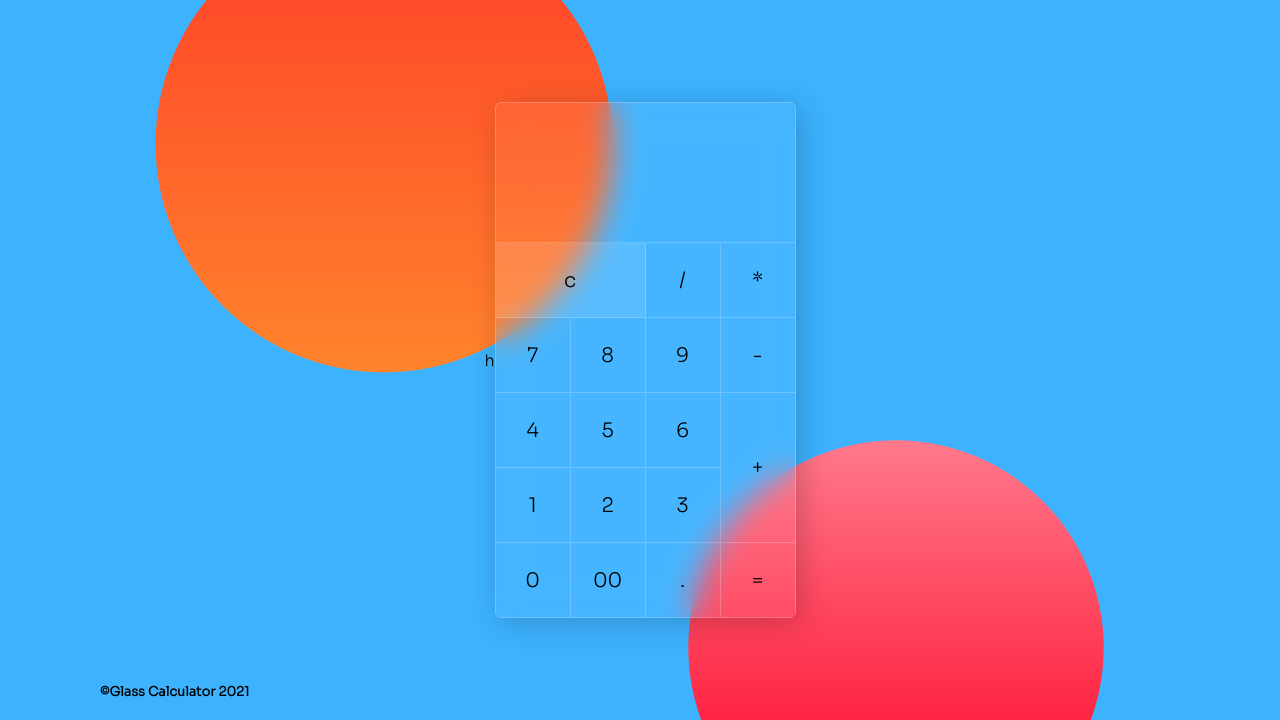
Repository: tharunkumaar404/Glass-Calci
Page: index.html
The author's editor kept a copy of each file at every save. The page is drawn from the files as they stood at one save, then again after the next save.
The browser window is 1280 px wide. The pictures show the whole page.

Above is the page before, as saved 2021-08-26 15:26:32.

After the next save:
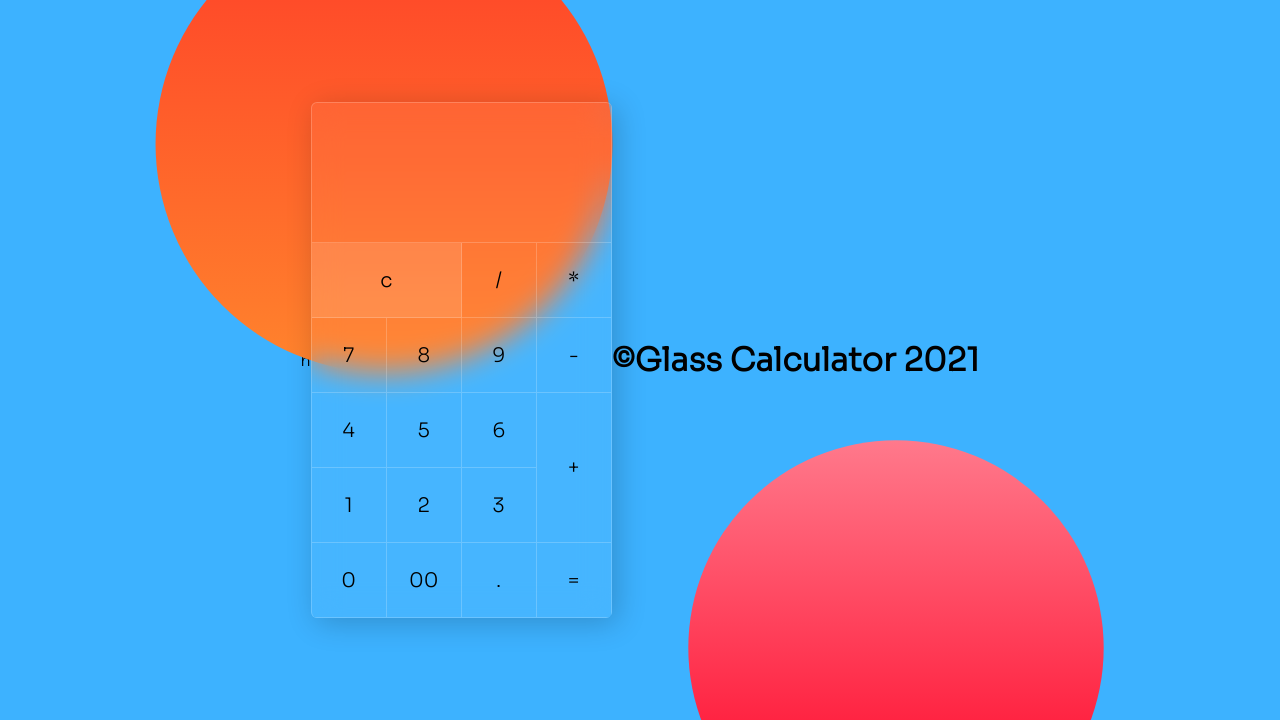
Saved 29 s later.
--- a/styles.css
+++ b/styles.css
@@ -110,7 +110,7 @@ grid-row: span 2;
 height:150px;
 }
 
-h1{
+h5{
     position: absolute;
     left:100px;
     bottom: 20px;

After the save that followed:
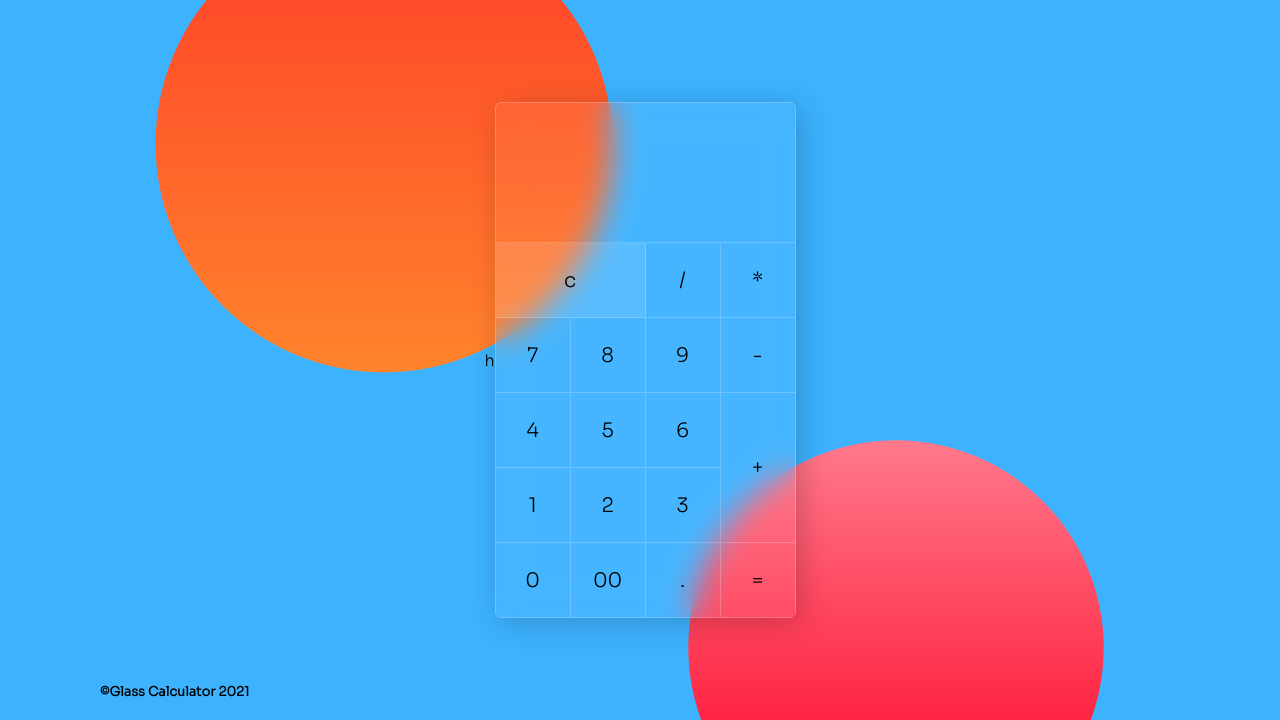
Saved 4 s later.
--- a/index.html
+++ b/index.html
@@ -32,7 +32,7 @@
             <span class="num equal" onclick="document.calc.txt.value =eval(calc.txt.value)">=</span>
         </form>
     </div>
-    <h1>©Glass Calculator 2021</h1>
+    <h5>©Glass Calculator 2021</h5>
     <script type="text/javascript" src="vanilla-tilt.js"></script>
     <script type="text/javascript">
     	VanillaTilt.init(document.querySelector(".container"), {
